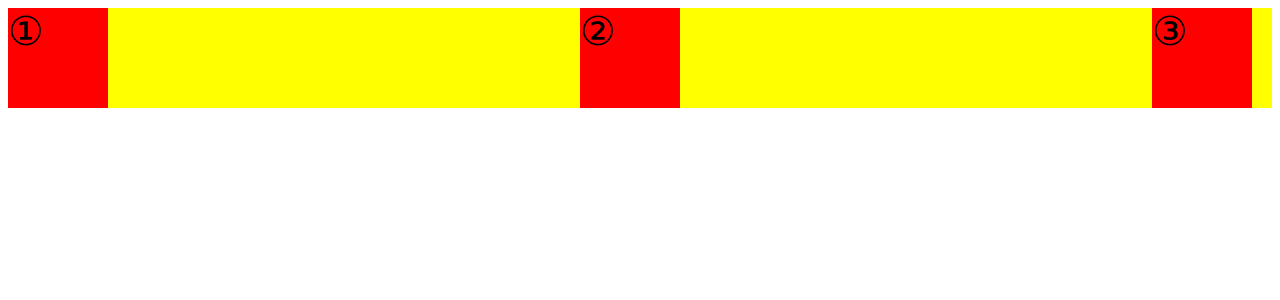
Repository: 9136424556/todo01
Page: coachtech/html-css/css1-17問.html
An editor plug-in stored every save of this project. The page is shown before and after the next save, followed by the edit.
The browser window is 1280 px wide. The pictures show the whole page.

Above is the page before, as saved 2023-12-01 04:04:52.

After the next save:
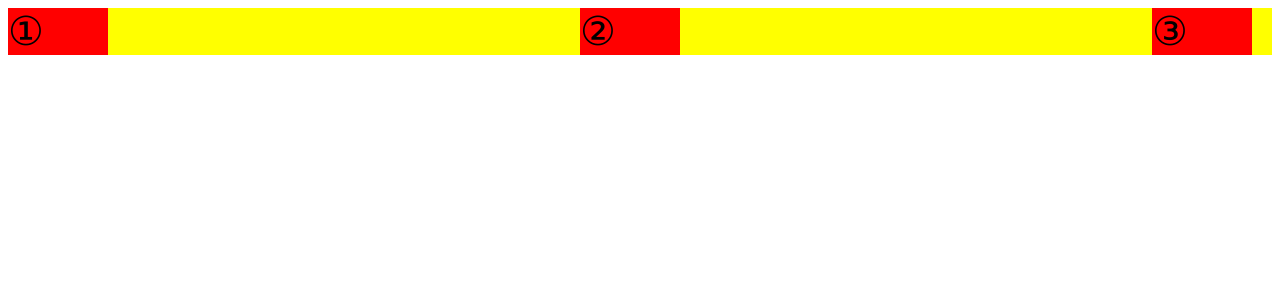
Saved 2 min 56 s later.
--- a/coachtech/html-css/css/css1-17問.css
+++ b/coachtech/html-css/css/css1-17問.css
@@ -8,6 +8,6 @@
     background-color: red;
     margin-right: 20px;
     width: 100px;
-    height: 100px;
+    height: 30%;
     font-size: 40px;
 }
